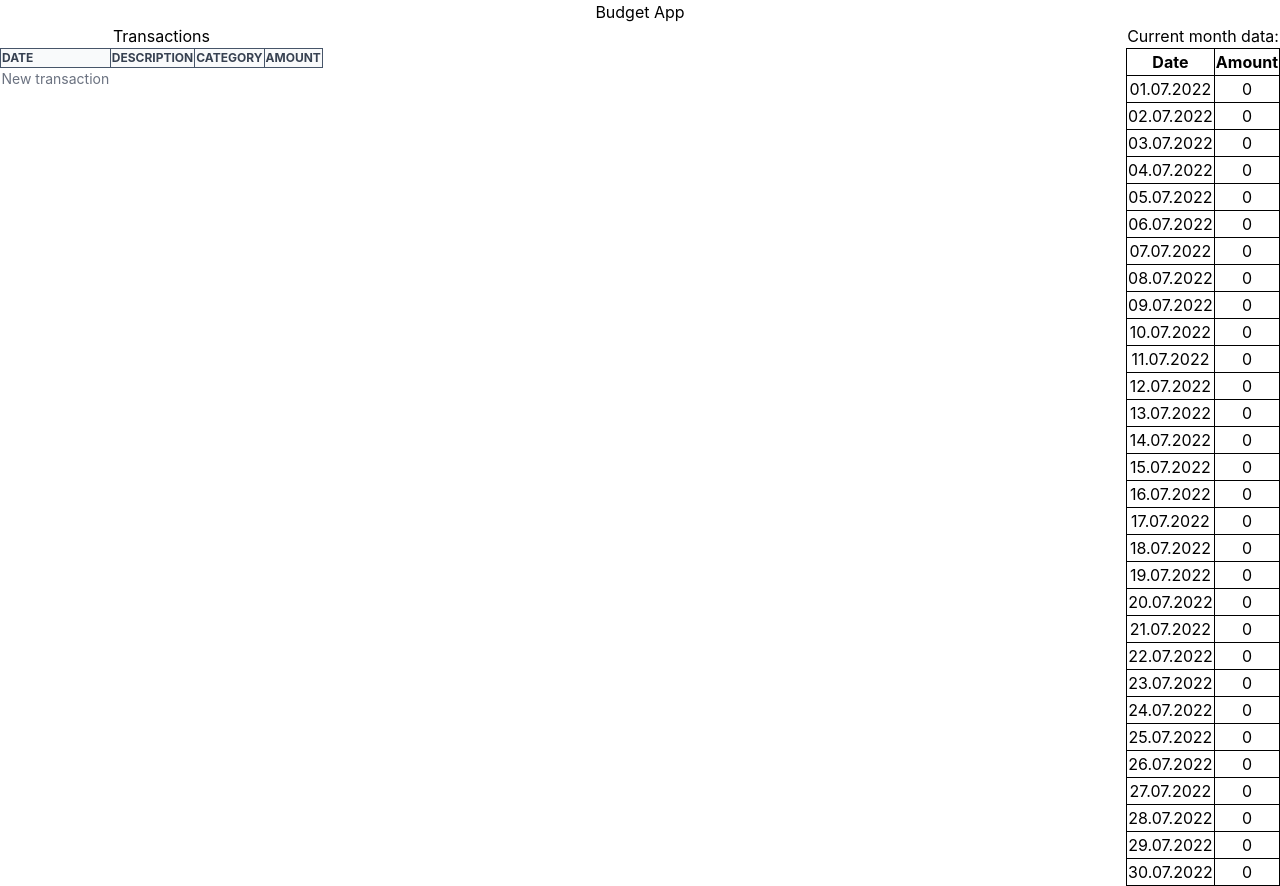
Repository: matveisch/budget-app
Page: /
An editor plug-in stored every save of this project. The page is shown before and after the next save, followed by the edit.
The browser window is 1280 px wide. The pictures show the whole page.
The project was rebuilt for these pictures with package versions that can differ from the ones it lists, and the page was loaded fresh each time. Also part of the build but not shown: src/components/TransactionsList/TransactionsList.css, src/components/SingleTransaction/SingleTransaction.tsx.

Above is the page before, as saved 2022-07-21 17:54:17.

### src/App.tsx
import React, {useState} from 'react';

import './App.css';

import TransactionsList from "./components/TransactionsList/TransactionsList";
import {TransactionsContext} from "./data/TransactionsContext";
import {ListOfTransactions} from "./interface/types/Types";
import InputPopup from "./components/InputPopup/InputPopup";
import {CategoriesContext} from "./data/CategoriesContext";
import DaysSum from "./components/DaysSum/DaysSum";

function App() {
    const [transactions, setTransactions] = useState<ListOfTransactions["arrayOfObjects"]>([
        {
            id: 1,
            amount: 20,
            note: 'bread from local store',
            category: 'food',
            date: '2022-02-22'
        }
    ]);

    const [categories, setCategories] = useState(['food', 'shopping', 'groceries']);
    const [toggleInputPopup, setToggleInputPopup] = useState(false);

    return (
        <TransactionsContext.Provider value={{transactions, setTransactions}} >
            <CategoriesContext.Provider value={{categories, setCategories}} >
                <div className="App">
                    <header>
                        <h1>Budget App</h1>
                    </header>
                    <main>
                        <div id="transactions">
                            <h2>Transactions</h2>
                            <TransactionsList transactions={transactions} setToggleInputPopup={setToggleInputPopup}/>
                            <InputPopup toggleInputPopup={toggleInputPopup} setToggleInputPopup={setToggleInputPopup}/>
                        </div>
                        <div id="month-data">
                            <h2>Current month data:</h2>
                            <DaysSum />
                        </div>
                    </main>
                </div>
            </CategoriesContext.Provider>
        </TransactionsContext.Provider>
    );
}

export default App;

### src/components/TransactionsList/TransactionsList.tsx
import React, {Dispatch, SetStateAction} from 'react';

import './TransactionsList.css';

import {ListOfTransactions, Transaction} from "../../interface/types/Types";
import SingleTransaction from "../SingleTransaction/SingleTransaction";

interface TransactionsProps {
    transactions: ListOfTransactions["arrayOfObjects"];
    setToggleInputPopup: Dispatch<SetStateAction<boolean>>;
}

const TransactionsList = (props: TransactionsProps) => {
    return (
        <table id="transactions-list" className='w-full text-sm text-left text-gray-500 dark:text-gray-400'>
            <thead className='text-xs text-gray-700 uppercase bg-gray-50 dark:bg-gray-700 dark:text-gray-400'>
                <tr>
                    <th className='border border-slate-600'>Date</th>
                    <th className='border border-slate-600'>Description</th>
                    <th className='border border-slate-600'>Category</th>
                    <th className='border border-slate-600'>Amount</th>
                </tr>
            </thead>
            <tbody>
                {props.transactions.filter(transaction => new Date(transaction.date).getMonth() === new Date().getMonth()).map((item: Transaction, index: number) => {
                    return (
                        <SingleTransaction id={item.id} amount={item.amount} note={item.note} category={item.category} date={item.date} key={index}/>
                    )
                })}
            </tbody>
            <tfoot>
                <tr>
                    <td><button onClick={() => props.setToggleInputPopup(true)}>New transaction</button></td>
                </tr>
            </tfoot>
        </table>
    );
};

export default TransactionsList;

### src/data/TransactionsContext.tsx
import React, {createContext} from "react";

import {TransactionsContextType} from "../interface/types/Types";

export const TransactionsContext = createContext<TransactionsContextType | null>(null);

### src/components/InputPopup/InputPopup.tsx
import React, {Dispatch, SetStateAction, useContext, useEffect, useState} from 'react';

import './InputPopup.css';

import {TransactionsContext} from "../../data/TransactionsContext";
import {CategoriesContextType, Transaction, TransactionsContextType} from "../../interface/types/Types";
import Dropdown from "../../ui/Dropdown/Dropdown";
import {CategoriesContext} from "../../data/CategoriesContext";

interface InputPopupProps {
    toggleInputPopup: boolean;
    setToggleInputPopup: Dispatch<SetStateAction<boolean>>;
}

const InputPopup = (props: InputPopupProps) => {
    const { transactions, setTransactions } = useContext(TransactionsContext) as TransactionsContextType;
    const { categories, setCategories } = useContext(CategoriesContext) as CategoriesContextType;
    const [currentCategory, setCurrentCategory] = useState('');

    const [initialValues, setInitialValues] = useState({
        id: transactions.length + 1,
        amount: 0,
        note: '',
        category: '',
        date: '',
    })

    const handleDataChange = (e: React.ChangeEvent<HTMLInputElement>) => {
        const { id, value } = e.target;
        setInitialValues(prevState => ({
            ...prevState,
            [id]: value
        }));
    };

    // updating transaction id
    useEffect(() => {
        setInitialValues({...initialValues, ['id']: (transactions.length + 1)});
    }, [transactions.length])

    // updating transaction category
    useEffect(() => {
        setInitialValues({...initialValues, ['category']: currentCategory});
    }, [currentCategory]);

    const handleSave = (e: React.MouseEvent<HTMLButtonElement>) => {
        const saveData = (values: Transaction) => {
            setTransactions(current => [...current, values]);
        };

        e.preventDefault();

        // check if user filled all the inputs
        if (initialValues.amount > 0 && initialValues.note.length > 0 && initialValues.date.length > 0 && initialValues.category.length > 0) {
            saveData(initialValues);
            props.setToggleInputPopup(false);
        } else {
            console.log('fill all the inputs');
        }
    };

    return (
        <div id="input-popup" style={props.toggleInputPopup ? {display: 'block', position: 'absolute'} : {display: 'none'}}>
            <form id="input-popup__form">
                <div className="option-container">
                    <label htmlFor="date">Date:</label>
                    <input type="date" id="date" onChange={handleDataChange} value={initialValues.date}/>
                </div>
                <div className="option-container">
                    <label htmlFor="note">Description:</label>
                    <input type="text" id="note" onChange={handleDataChange} value={initialValues.note}/>
                </div>
                <Dropdown placeholder={'Categories'}
                          options={categories}
                          currentCategory={currentCategory}
                          setCurrentCategory={setCurrentCategory}/>
                <div className="option-container">
                    <label htmlFor="amount">Amount:</label>
                    <input type="number" id="amount" onChange={handleDataChange} value={initialValues.amount}/>
                </div>
                <div className="buttons">
                    <button type="submit" onClick={handleSave}>Save</button>
                    <button onClick={(e) => {e.preventDefault(); props.setToggleInputPopup(false);}}>Close</button>
                </div>
            </form>
        </div>
    );
};

export default InputPopup;

### src/data/CategoriesContext.tsx
import React, {createContext} from "react";

import {CategoriesContextType} from "../interface/types/Types";

export const CategoriesContext = createContext<CategoriesContextType | null>(null);

### src/components/DaysSum/DaysSum.tsx
import React, {useContext} from 'react';

import './DaysSum.css';

import {Transaction, TransactionsContextType} from "../../interface/types/Types";
import {TransactionsContext} from "../../data/TransactionsContext";

const DaysSum = () => {
    const { transactions, setTransactions } = useContext(TransactionsContext) as TransactionsContextType;

    // count sum of all transactions made on the exact day
    const countSum = (arr: Transaction[]) => arr.reduce((sum, {amount}) => sum + amount * 1, 0);

    const getDaysInMonth = (year: number, month: number) => {
        return new Date(year, month, 0).getDate();
    }

    const currentMonth = new Date().getMonth();
    const currentYear = new Date().getFullYear();

    const monthLongTable = () => {
        let arrayOfTr = [];

        for (let i = 0; i < getDaysInMonth(currentYear, currentMonth); i++) {
            arrayOfTr.push(
                <tr key={i}>
                    <td>{`${i + 1 > 9 ? i + 1 : `0${i + 1}`}.${currentMonth + 1 > 9 ? currentMonth + 1 : `0${currentMonth + 1}`}.${currentYear}`}</td>
                    <td>{countSum(transactions.filter(transaction => new Date(transaction.date).getDate() === i + 1 && new Date(transaction.date).getMonth() === currentMonth))}</td>
                </tr>
            )
        }

        return arrayOfTr;
    }

    return (
        <table id="days-sum">
            <thead>
                <tr>
                    <th>Date</th>
                    <th>Amount</th>
                </tr>
            </thead>
            <tbody>
                {monthLongTable()}
            </tbody>
        </table>
    );
};

export default DaysSum;

### src/components/InputPopup/InputPopup.css
#input-popup {
  background-color: white;
}
#input-popup__form {
  display: flex;
  flex-direction: column;
  align-items: start;
  gap: 5px;
  width: 300px;
  border: 1px solid;
  border-radius: 8px;
  padding: 15px;
}
#input-popup__form .option-container {
  display: flex;
  gap: 10px;
}
#input-popup__form .buttons {
  width: 100%;
  display: flex;
  justify-content: space-between;
}/*# sourceMappingURL=InputPopup.css.map */

### src/ui/Dropdown/Dropdown.tsx
import React, {Dispatch, SetStateAction, useState} from 'react';

import './Dropdown.css';
import arrow from '../../data/images/arrow-down-sign-to-navigate.png';

interface DropdownProps {
    placeholder: string;
    options: string[];
    currentCategory: string;
    setCurrentCategory: Dispatch<SetStateAction<string>>;
}

const Dropdown = (props: DropdownProps) => {
    const [dropdownToggle, setDropdownToggle] = useState(false);

    const optionClickHandler = (option: string) => {
        props.setCurrentCategory(option);
        setDropdownToggle(false);
    }

    return (
        <div className="dropdown">
            <div className="dropdown__header" onClick={() => setDropdownToggle(!dropdownToggle)}>
                {props.currentCategory.length > 0 ? props.currentCategory : props.placeholder}
                <img src={arrow} alt="" style={dropdownToggle ? {transform: 'rotate(180deg)'} : undefined}/>
            </div>
            <div className="dropdown__options-container"
                 style={dropdownToggle ? {display: 'flex'} : {display: 'none'}}>{props.options.map((option, index) => {
                return (
                    <p key={index} className="option" onClick={() => optionClickHandler(option)}>{option}</p>
                )
            })}</div>
        </div>
    );
};

export default Dropdown;

### src/components/DaysSum/DaysSum.css
#days-sum td, #days-sum th {
  border: 1px solid;
}/*# sourceMappingURL=DaysSum.css.map */

### src/ui/Dropdown/Dropdown.css
.dropdown {
  border: 1px solid;
  border-radius: 8px;
  padding: 5px;
  display: flex;
  flex-direction: column;
  gap: 5px;
}
.dropdown__header {
  display: flex;
  gap: 5px;
  justify-content: start;
  align-items: center;
  cursor: pointer;
}
.dropdown__header img {
  width: 12px;
  margin-left: 10px;
}
.dropdown__options-container {
  display: flex;
  position: absolute;
  flex-direction: column;
  align-items: start;
  gap: 5px;
}
.dropdown__options-container p {
  margin: 0;
  cursor: pointer;
}/*# sourceMappingURL=Dropdown_20220721173959.css.map */

Loaded but not shown: public/index.html (common file); src/index.tsx (common file); src/index.css (common file); src/reportWebVitals.ts (common file); src/App.css (common file); tailwind.config.js (common file)

After the next save:
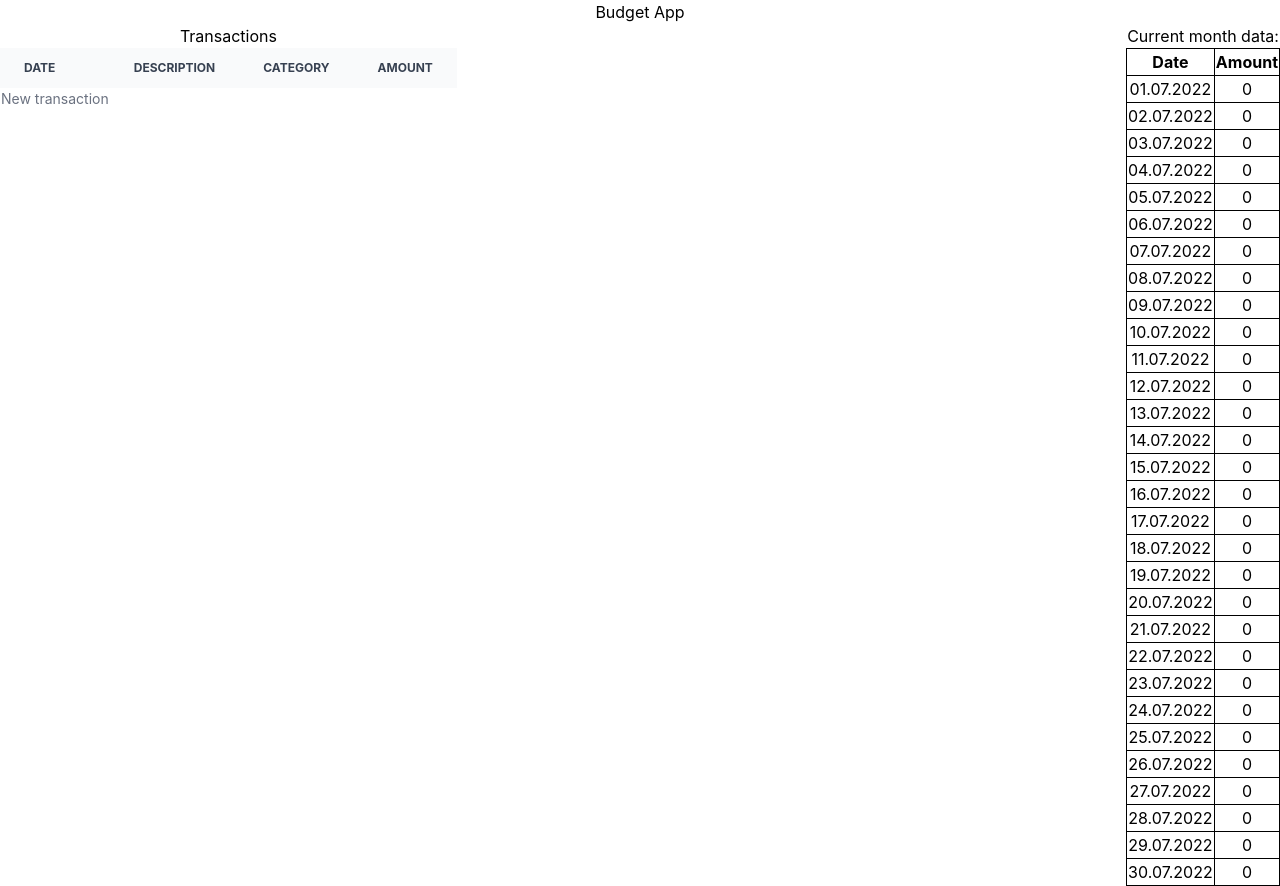
Saved 27 s later.
--- a/src/components/TransactionsList/TransactionsList.tsx
+++ b/src/components/TransactionsList/TransactionsList.tsx
@@ -15,10 +15,10 @@ const TransactionsList = (props: TransactionsProps) => {
         <table id="transactions-list" className='w-full text-sm text-left text-gray-500 dark:text-gray-400'>
             <thead className='text-xs text-gray-700 uppercase bg-gray-50 dark:bg-gray-700 dark:text-gray-400'>
                 <tr>
-                    <th className='border border-slate-600'>Date</th>
-                    <th className='border border-slate-600'>Description</th>
-                    <th className='border border-slate-600'>Category</th>
-                    <th className='border border-slate-600'>Amount</th>
+                    <th className='py-3 px-6'>Date</th>
+                    <th className='py-3 px-6'>Description</th>
+                    <th className='py-3 px-6'>Category</th>
+                    <th className='py-3 px-6'>Amount</th>
                 </tr>
             </thead>
             <tbody>
